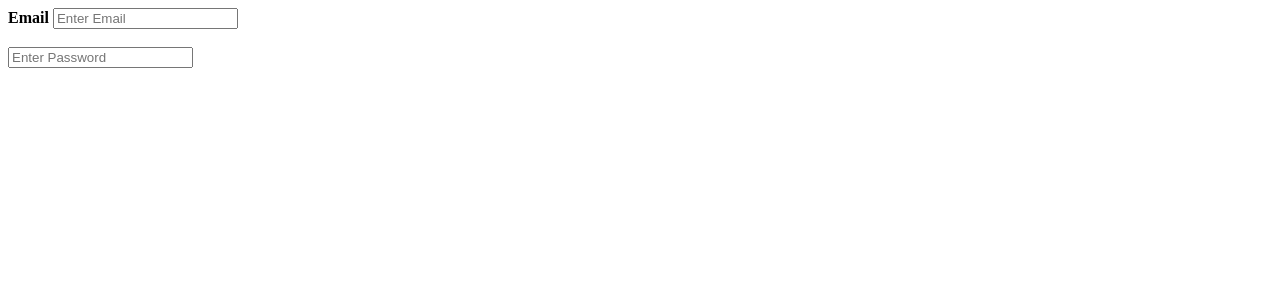
Repository: jagdishpatil18/JavaAdv
Page: LoginServlet/WebContent/signup.html
An editor plug-in stored every save of this project. The page is shown before and after the next save, followed by the edit.
The browser window is 1280 px wide. The pictures show the whole page.

Above is the page before, as saved 2017-04-25 12:54:20.

### LoginServlet/WebContent/signup.html
<!DOCTYPE html>
<html>
<head>
<meta charset="UTF-8">
<title>SignUp</title>
</head>
<body>
<label><b>Email</b></label>
<input type="text" placeholder="Enter Email"><br></br>
<input type="password" placeholder="Enter Password">

</body>
</html>

After the next save:
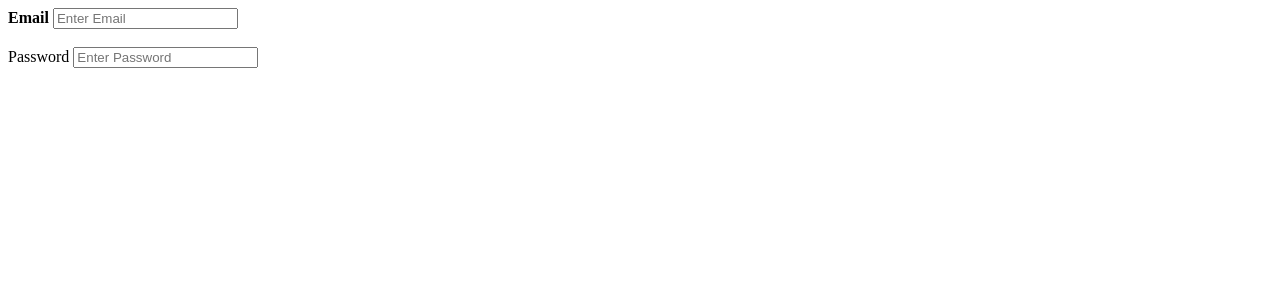
Saved 30 s later.
--- a/LoginServlet/WebContent/signup.html
+++ b/LoginServlet/WebContent/signup.html
@@ -7,6 +7,7 @@
 <body>
 <label><b>Email</b></label>
 <input type="text" placeholder="Enter Email"><br></br>
+<label>Password</label>
 <input type="password" placeholder="Enter Password">
 
 </body>
